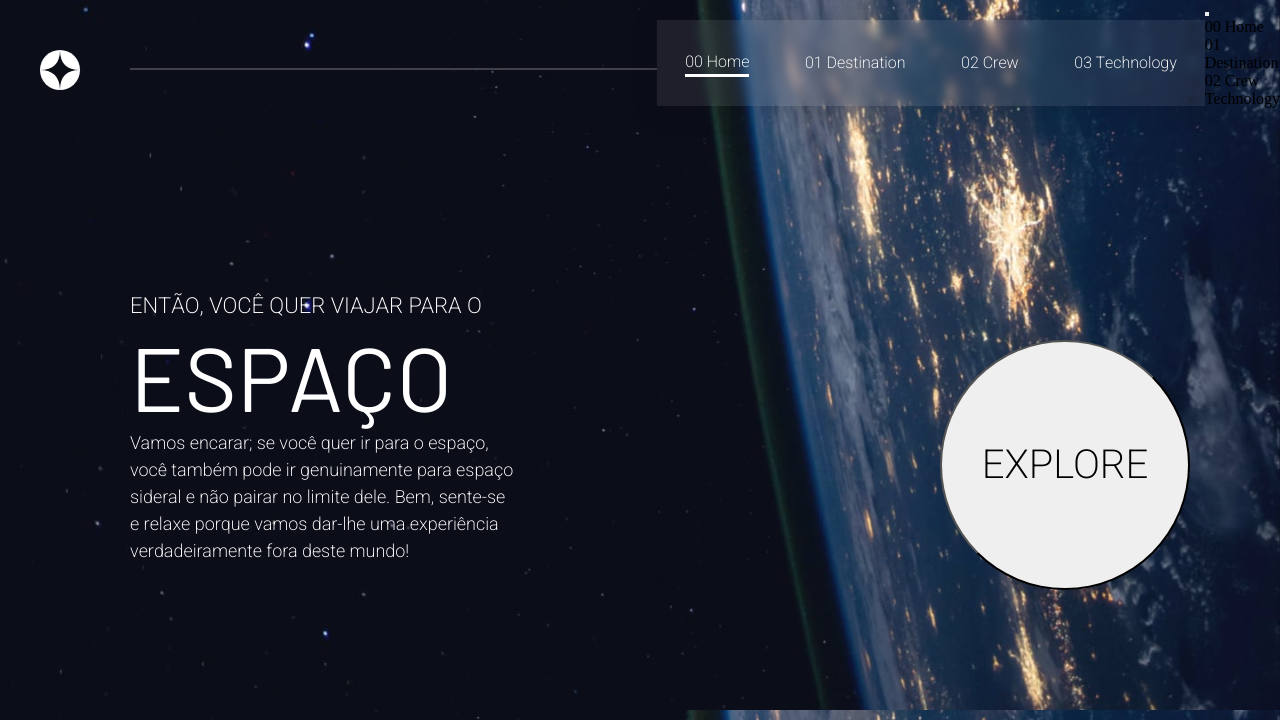
Repository: Leonngc/space-site
Page: space-tourism-website-main/space-tourism-website-main/starter-code/index.html
The author's editor kept a copy of each file at every save. The page is drawn from the files as they stood at one save, then again after a run of saves.
The browser window is 1280 px wide. The pictures show the whole page.
Some icons come from a web library that is not loaded, so they are not drawn.

Above is the page before, as saved 2023-04-29 16:18:32.

### space-tourism-website-main/space-tourism-website-main/starter-code/index.html
<!DOCTYPE html>
<html lang="pt-br">
<head>
  <meta charset="UTF-8">
  <meta name="viewport" content="width=device-width, initial-scale=1.0">
  <link rel="icon" type="image/png" sizes="32x32" href="./assets/favicon-32x32.png">
  <link rel="stylesheet" href="styles/menu.css">
  <link rel="stylesheet" href="styles/home.css">
  <!-- CDN FLATICON-->
  <link rel='stylesheet' href='https://cdn-uicons.flaticon.com/uicons-bold-rounded/css/uicons-bold-rounded.css'>
  <title>Frontend Mentor | Space tourism website</title>
</head>
<body>

  <header>
    <img src="assets/shared/logo.svg" alt="" class="logo">
    <div class="line"></div>

    <ul class="menu">
    <li class="item-menu active"><a href="#">00 Home</a></li>
    <li class="item-menu"><a href="#">01 Destination</a></li>
    <li class="item-menu"><a href="#">02 Crew</a></li>
    <li class="item-menu"><a href="#">03 Technology</a></li>
    </ul>



    <ul class="menu-mobile">
      <button class="burguer-button"><i class="fi fi-br-menu-burger"></i></button>
      <li class="item-menu-mobile">00 Home</li>
      <li class="item-menu-mobile">01 Destination</li>
      <li class="item-menu-mobile">02 Crew</li>
      <li class="item-menu-mobile">Technology</li>
    </ul>
  </header>

<div class="container-button">
    <button>Explore</button>
  </div>
<div class="text-box">
    <span>Então, você quer viajar para o</span>
    <h1>Espaço</h1>
    <p>
      Vamos encarar; se você quer ir para o espaço, você também pode ir genuinamente para
      espaço sideral e não pairar no limite dele. Bem, sente-se e relaxe
      porque vamos dar-lhe uma experiência verdadeiramente fora deste mundo!
    </p>
</div>



</body>
</html>

### space-tourism-website-main/space-tourism-website-main/starter-code/styles/menu.css
@import url('https://fonts.googleapis.com/css2?family=Heebo:wght@200&display=swap');

*{
    padding: 0;
    margin: 0;
}

header{
    display: flex;
    justify-content: space-between;
}

.menu{
    margin-top: 20px;
    display: flex;
    width: 90vw ;
    height: 12vh;
    position: relative;
    justify-content: space-between;
    list-style: none;
    background: rgba(255, 255, 255, 0.21);
    background: rgba(255, 255, 255, 0.08);
    box-shadow: 0 4px 30px rgba(0, 0, 0, 0.1);
    backdrop-filter: blur(5px);
    -webkit-backdrop-filter: blur(5px);
}

.item-menu{
    margin: auto;

}

.item-menu a{
    text-decoration: none;
    font-family: 'Heebo', sans-serif;
    color: white;
}

.active{
  border-bottom: 3px solid white;
}

.line{
    background-color:  rgba(255, 255, 255, 0.21);

    height: 2px;
    width: 1110px;
    margin-top: 68px;
    margin-left: 30px;
}

.logo{
    margin-top: 30px;
    margin-left: 20px;
    width: 40px;
    height: 40px;
    padding: 20px;
}

@media screen and (max-width: 900px){
    .menu{
        display: none;
    }

    .line{
        display: none;
    }


    .burguer-button {
        font-size: 40px;
        background-color: rgba(255, 255, 255, 0);
        color: #dbe5e6;
        border: none;
        margin-top: 50px;
    }
    .menu-mobile{
        list-style: none;
        color: red;
    }

}

### space-tourism-website-main/space-tourism-website-main/starter-code/styles/home.css
@import url('https://fonts.googleapis.com/css2?family=Barlow&display=swap');
@import url('https://fonts.googleapis.com/css2?family=Heebo:wght@200&display=swap');
/*  font-family: 'Barlow', sans-serif;
    font-family: 'Heebo', sans-serif;
*/

:root{
    --title-font: 'Barlow';
    --paragraph-font: 'Heebo';
}

body{
    background-image: url(../assets/home/background-home-desktop.jpg);
    background-size: cover;
    background-position: center center;
}


.text-box{
    margin-top: 150px;
    padding: 30px;
    margin-left: 100px;
    width: 30vw;
    color: white;
}

span{
    font-family: var(--paragraph-font);
    font-size: 22px;
    text-transform: uppercase;
}

h1{
    font-family: var(--title-font);
    font-size: 90px;
    font-weight: 200;
    text-transform: uppercase;
}

p{
    font-family: var(--paragraph-font), sans-serif;
    font-size: 18px;
}

.container-button{
    float: right;
    margin-top: 230px;
    margin-right: 90px;
    margin-bottom: 30px;
}

.container-button button{
    width: 250px;
    height: 250px;
    border-radius: 50%;
    font-size: 40px;
    font-family: var(--paragraph-font);
    font-weight: 200;
    text-transform: uppercase;
}

After the next 2 saves:
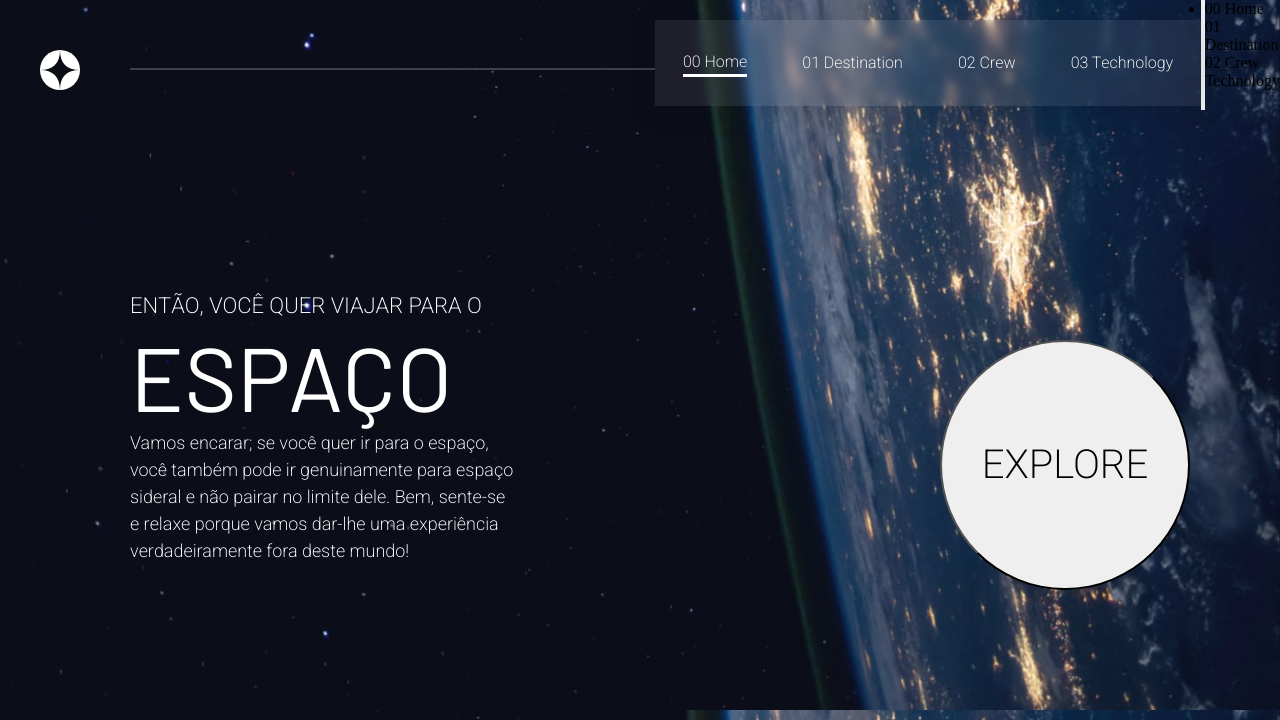
The 2 saves are shown as one change because they came seconds apart.
The last was saved 11 s later.
--- a/space-tourism-website-main/space-tourism-website-main/starter-code/index.html
+++ b/space-tourism-website-main/space-tourism-website-main/starter-code/index.html
@@ -24,9 +24,9 @@
     </ul>
 
 
+    <button class="burguer-button"><i class="fi fi-br-menu-burger"></i></button>
+    <ul class="menu-mobile">
 
-    <ul class="menu-mobile">
-      <button class="burguer-button"><i class="fi fi-br-menu-burger"></i></button>
       <li class="item-menu-mobile">00 Home</li>
       <li class="item-menu-mobile">01 Destination</li>
       <li class="item-menu-mobile">02 Crew</li>

After the save that followed:
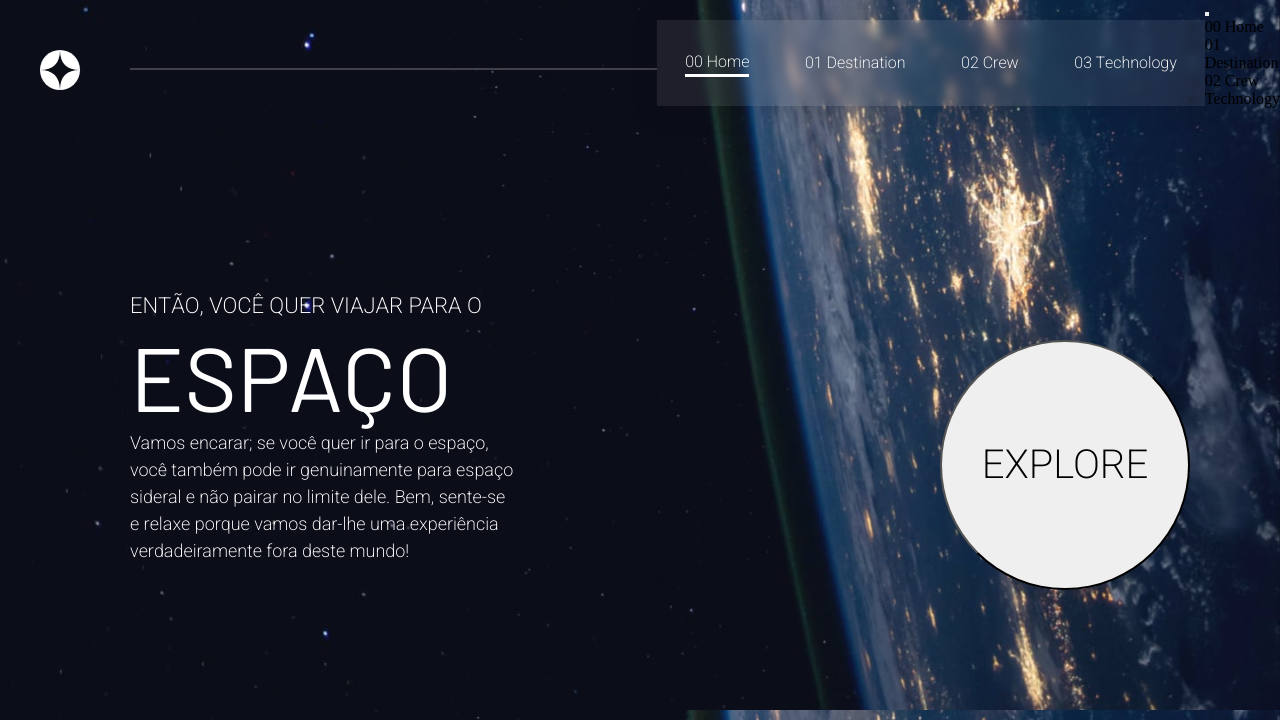
Saved 36 s later.
--- a/space-tourism-website-main/space-tourism-website-main/starter-code/index.html
+++ b/space-tourism-website-main/space-tourism-website-main/starter-code/index.html
@@ -24,14 +24,16 @@
     </ul>
 
 
-    <button class="burguer-button"><i class="fi fi-br-menu-burger"></i></button>
-    <ul class="menu-mobile">
+    <div>
+      <button class="burguer-button"><i class="fi fi-br-menu-burger"></i></button>
+      <ul class="menu-mobile">
 
-      <li class="item-menu-mobile">00 Home</li>
-      <li class="item-menu-mobile">01 Destination</li>
-      <li class="item-menu-mobile">02 Crew</li>
-      <li class="item-menu-mobile">Technology</li>
-    </ul>
+        <li class="item-menu-mobile">00 Home</li>
+        <li class="item-menu-mobile">01 Destination</li>
+        <li class="item-menu-mobile">02 Crew</li>
+        <li class="item-menu-mobile">Technology</li>
+      </ul>
+    </div>
   </header>
 
 <div class="container-button">
